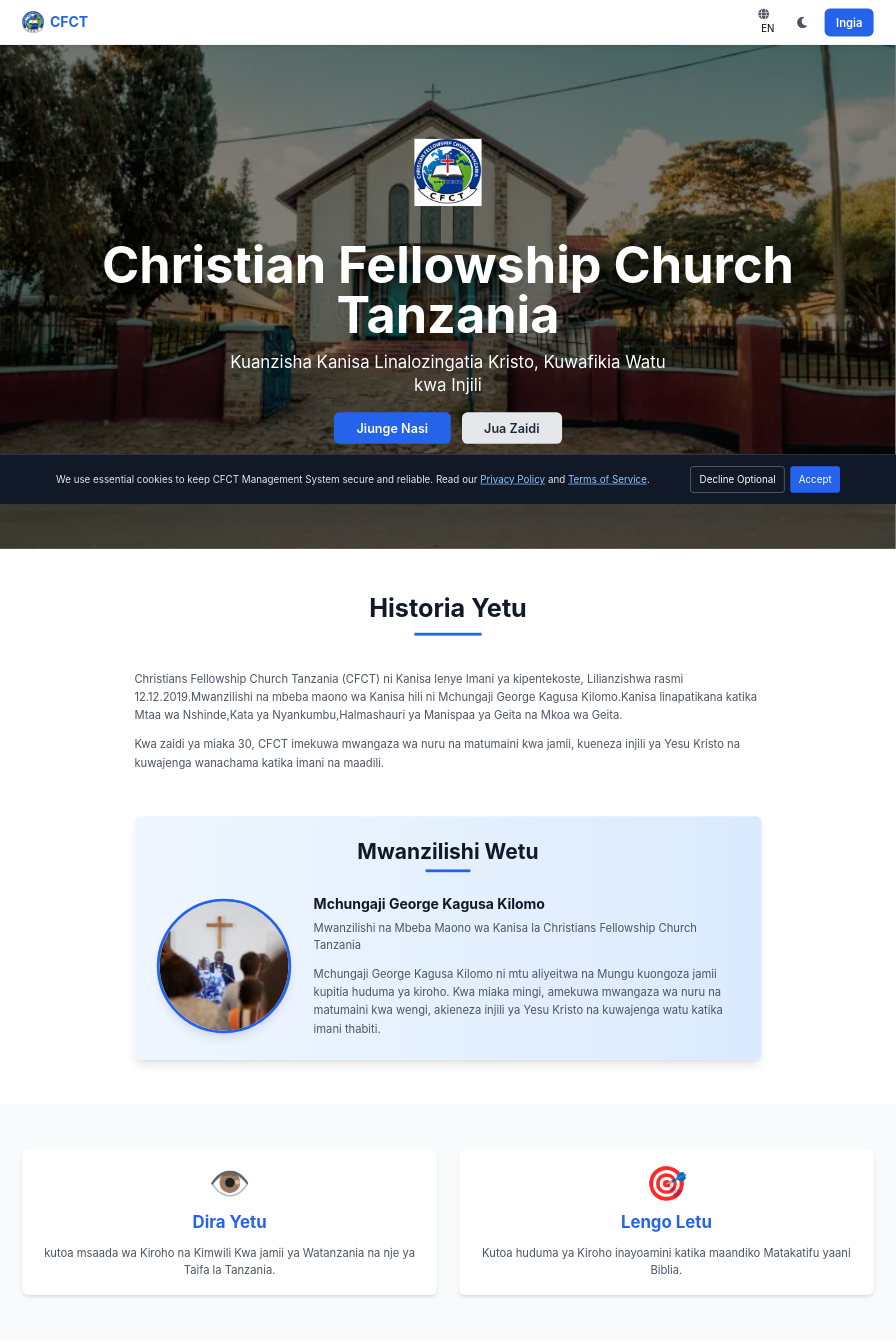
Repository: ibra941/cfct_church_system
Page: / (app in frontend/)
These files come from the project's save history. The page is drawn as it stood at one moment and after the next save; the edit follows.
The browser window is 1280 px wide. The pictures show the part of the page from y = 0 to 1920 px (the page is 2995 px tall), at 70% of full size.
The page's requests for data from a server got no answer. Backgrounds fixed to the window are drawn as part of the page. The project was rebuilt for these pictures with package versions that can differ from the ones it lists, and the page was loaded fresh each time. No one was signed in, and anything a server would have sent is missing. Also part of the build but not shown: frontend/vite.config.js, frontend/src/components/common/LoadingSpinner.jsx, frontend/src/components/common/PrivateRoute.jsx, frontend/src/components/common/Sidebar.jsx, frontend/src/components/public/Register.jsx, frontend/src/pages/Login.jsx, frontend/src/pages/Logout.jsx, frontend/src/pages/NotFound.jsx and 27 more.

Above is the page before, as saved 2026-04-18 07:05:41.

After the next save:
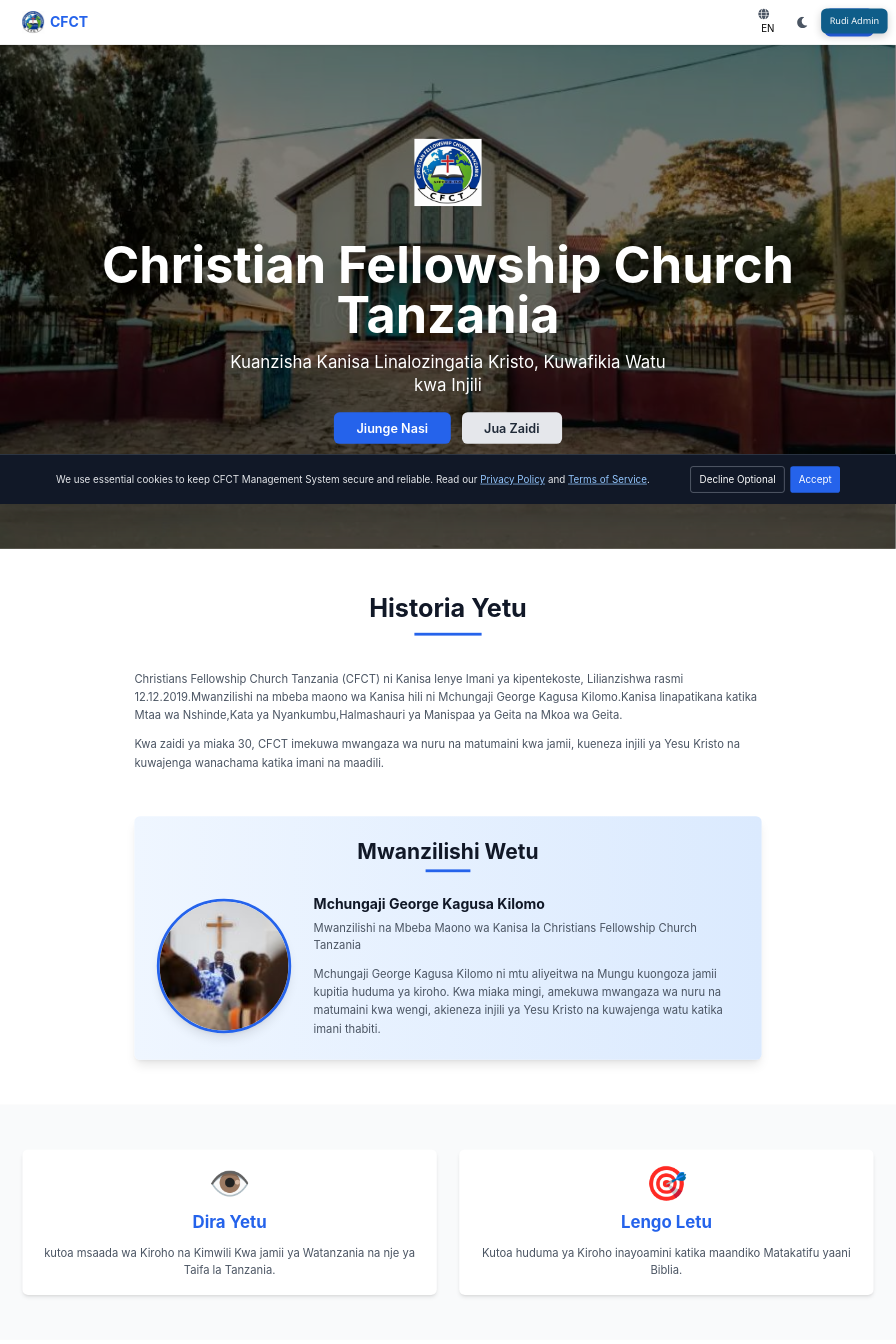
Saved 10 min 56 s later.
--- a/frontend/index.html
+++ b/frontend/index.html
@@ -10,6 +10,7 @@
     <title>CFCT - Church</title>
   </head>
   <body>
+    <a href="/admin/" style="position: fixed; top: 12px; right: 12px; z-index: 9999; background: #0f5d89; color: #fff; padding: 8px 12px; border-radius: 8px; font-family: Segoe UI, Arial, sans-serif; font-size: 13px; text-decoration: none; box-shadow: 0 4px 12px rgba(0,0,0,.2);">Rudi Admin</a>
     <div id="root"></div>
     <script type="module" src="/src/main.jsx"></script>
   </body>

After the 2 saves that followed:
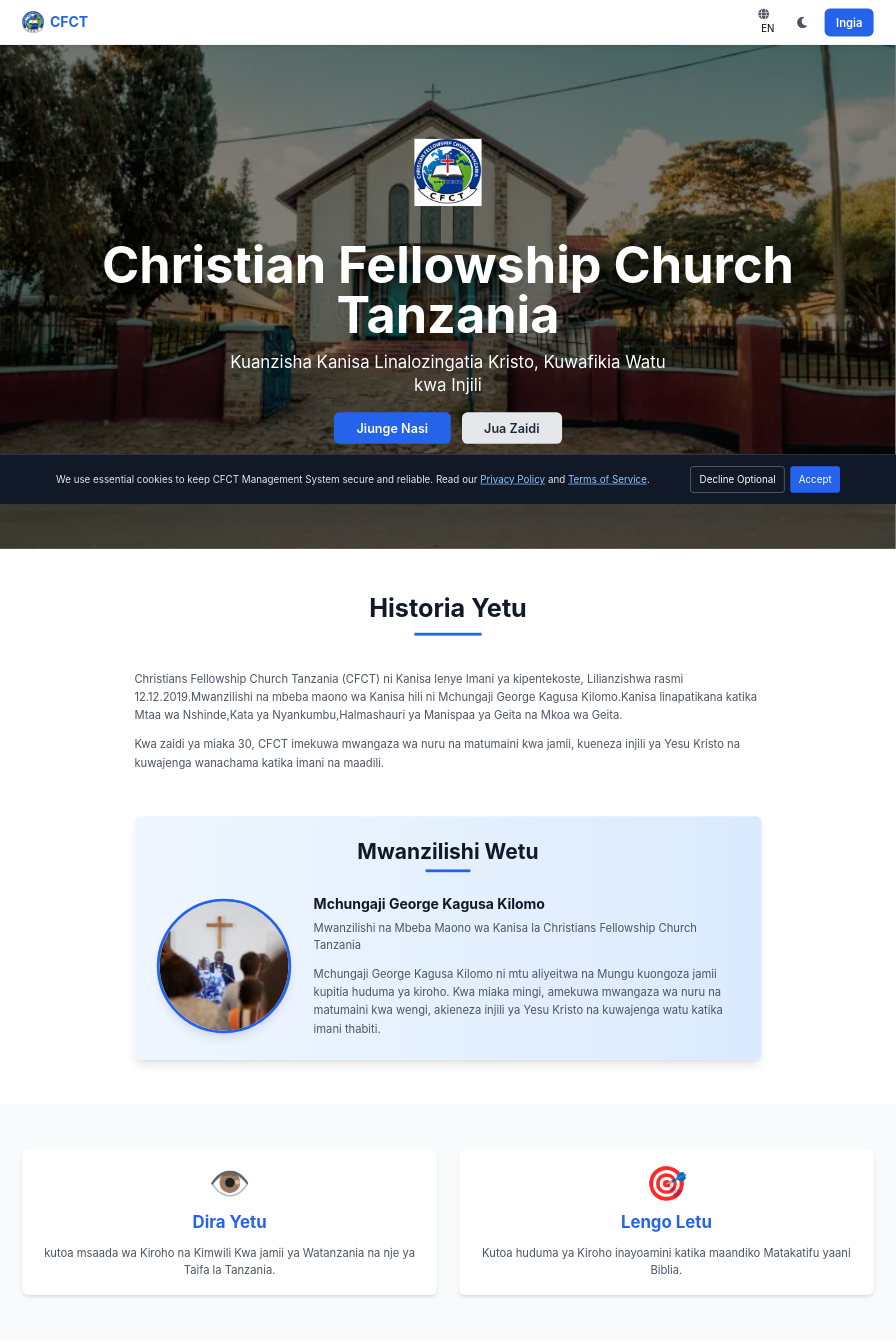
The 2 saves are shown as one change because 1 left the picture as it was.
The last was saved 6 min 12 s later.
--- a/frontend/index.html
+++ b/frontend/index.html
@@ -10,7 +10,6 @@
     <title>CFCT - Church</title>
   </head>
   <body>
-    <a href="/admin/" style="position: fixed; top: 12px; right: 12px; z-index: 9999; background: #0f5d89; color: #fff; padding: 8px 12px; border-radius: 8px; font-family: Segoe UI, Arial, sans-serif; font-size: 13px; text-decoration: none; box-shadow: 0 4px 12px rgba(0,0,0,.2);">Rudi Admin</a>
     <div id="root"></div>
     <script type="module" src="/src/main.jsx"></script>
   </body>
--- a/frontend/src/components/public/HomePage.jsx
+++ b/frontend/src/components/public/HomePage.jsx
@@ -14,6 +14,7 @@ const HomePage = () => {
   const { language } = useLanguage();
   const [showPopup, setShowPopup] = useState(true);
   const [activeSection, setActiveSection] = useState("home");
+  const showAdminBackButton = new URLSearchParams(window.location.search).get("from_admin") === "1";
 
   useEffect(() => {
     const popupClosed = localStorage.getItem("popupClosed");
@@ -27,6 +28,14 @@ const HomePage = () => {
 
   return (
     <div className="min-h-screen">
+      {showAdminBackButton && (
+        <a
+          href="/admin/"
+          className="fixed top-3 right-3 z-[9999] rounded-lg bg-[#0f5d89] px-3 py-2 text-sm font-semibold text-white shadow-lg hover:bg-[#0d4f75]"
+        >
+          Rudi Admin
+        </a>
+      )}
       <Navbar />
       {showPopup && <PopupNews onClose={closePopup} />}
 
